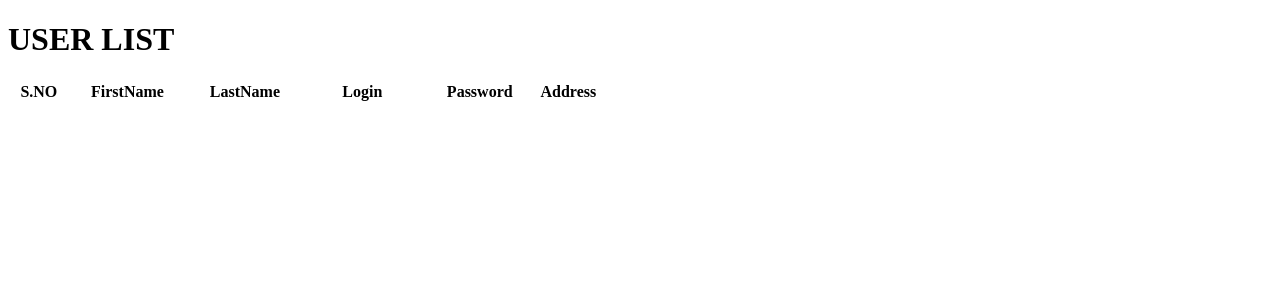
Repository: jatinragh42/Project_3_module
Page: http://localhost/p3/UserListView.jsp
The author's editor kept a copy of each file at every save. The page is drawn from the files as they stood at one save, then again after the next save.
The browser window is 1280 px wide. The pictures show the whole page.
The page is served by Tomcat 9. Other server files are loaded and not shown.

Above is the page before, as saved 2023-11-29 09:48:22.

### Project_3_module_practice/p3/src/main/webapp/UserListView.jsp
<%@ page language="java" contentType="text/html; charset=ISO-8859-1"
	pageEncoding="ISO-8859-1"%>
<!DOCTYPE html>
<html>
<head>
<meta charset="ISO-8859-1">
<title>Insert title here</title>
</head>
<body>
	<form action="UserListCtl">
		<h1>USER LIST</h1>

		<div >
			<table>
				<thead>
					<tr>
						<th width="10%" class="text">S.NO</th>
						<th width="20%" class="text">FirstName</th>
						<th width="20%" class="text">LastName</th>
						<th width="20%" class="text">Login</th>
						<th width="20%" class="text">Password</th>
						<th width="20%" class="text">Address</th>
					</tr>
			</table>


		</div>

	</form>
</body>
</html>

After the next save:
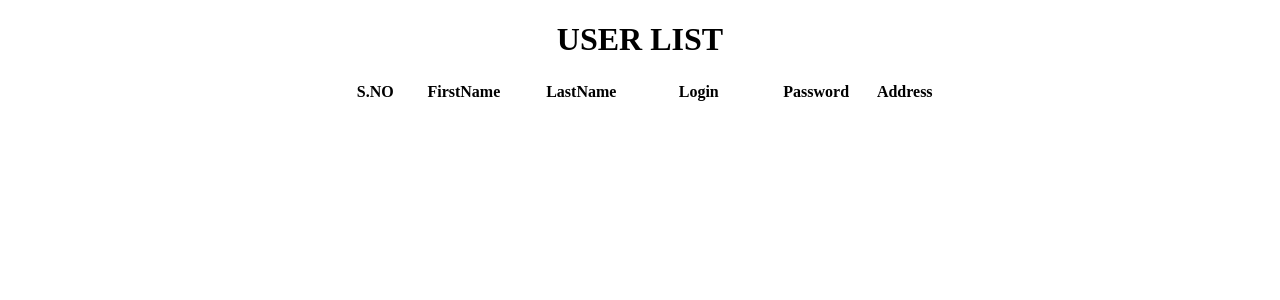
Saved 5 min 34 s later.
--- a/Project_3_module_practice/p3/src/main/webapp/UserListView.jsp
+++ b/Project_3_module_practice/p3/src/main/webapp/UserListView.jsp
@@ -8,9 +8,9 @@
 </head>
 <body>
 	<form action="UserListCtl">
-		<h1>USER LIST</h1>
+		<h1 align="center">USER LIST</h1>
 
-		<div >
+		<div align="center"  "margin-bottom: 20px" class="table-responsive">
 			<table>
 				<thead>
 					<tr>
